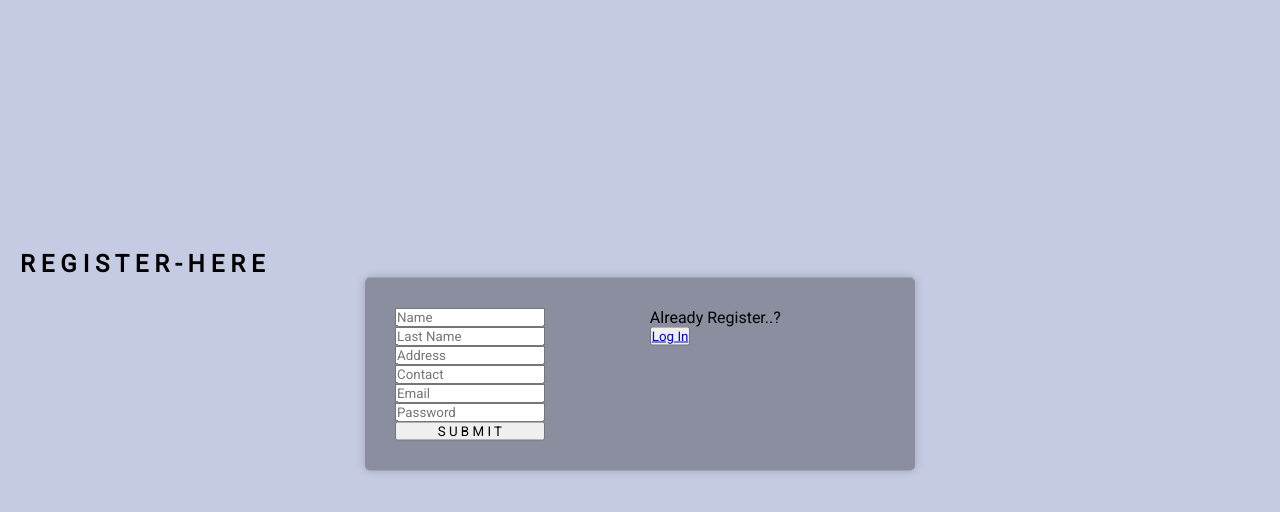
Repository: Krushna26nk/WebApplication
Page: http://localhost/Application/
These files come from the project's save history. The page is drawn as it stood at one moment and after the next save; the edit follows.
The browser window is 1280 px wide. The pictures show the whole page.
The page is served by Tomcat 9.

Above is the page before, as saved 2019-05-31 13:27:21.

After the next save:
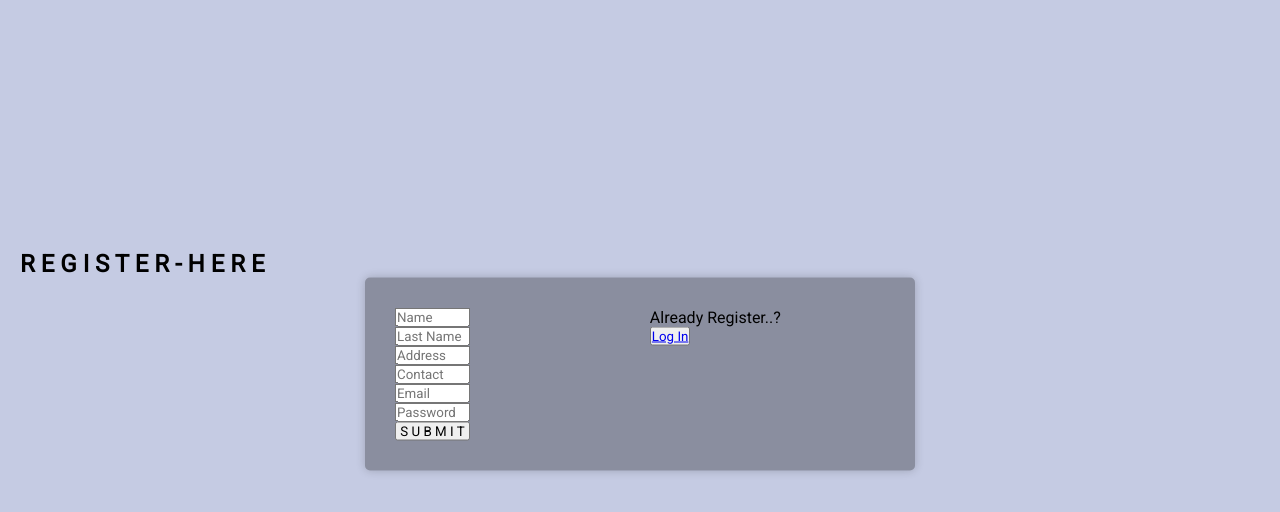
Saved 15 s later.
--- a/web/Application/WebContent/Style.css
+++ b/web/Application/WebContent/Style.css
@@ -37,6 +37,6 @@ body{
 }
 
 .alreadyDiv,
-.input-fields{
+.inputFields{
 	width:48%;
 }
